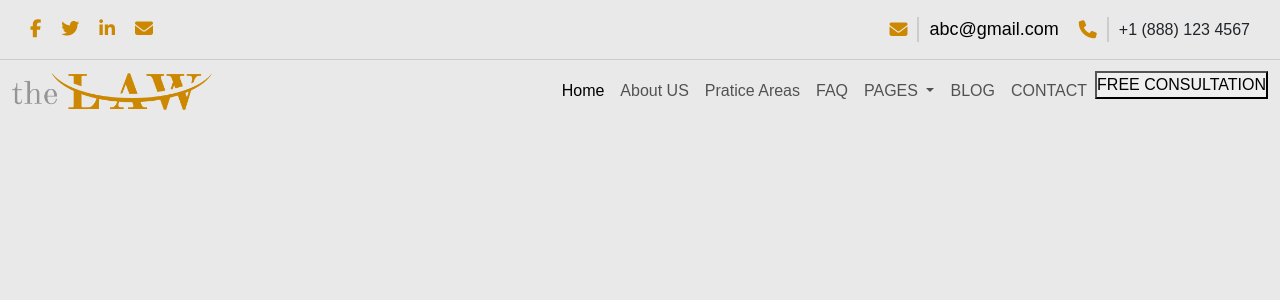
Repository: arehmanraza/lawyer_website
Page: Pages/index.html
The author's editor kept a copy of each file at every save. The page is drawn from the files as they stood at one save, then again after a run of saves.
The browser window is 1280 px wide. The pictures show the whole page.
Some web libraries are served in a nearby version.

Above is the page before, as saved 2024-05-22 01:48:23.

After the next 2 saves:
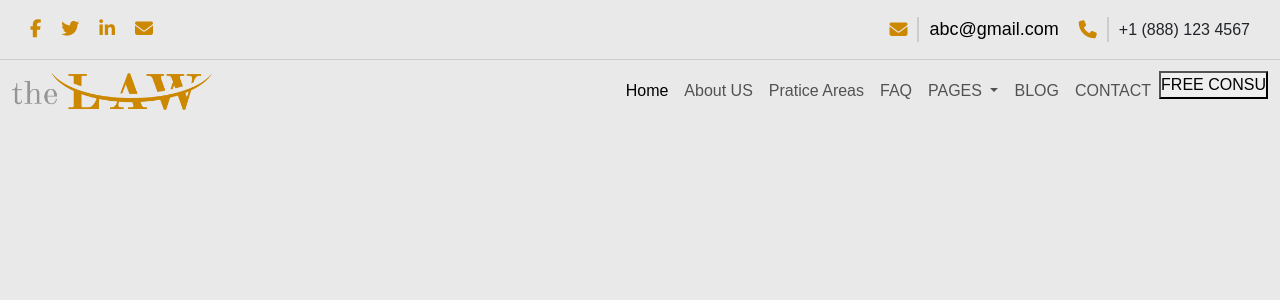
The 2 saves are shown as one change because they came seconds apart.
The last was saved 10 s later.
--- a/Pages/index.html
+++ b/Pages/index.html
@@ -115,7 +115,7 @@
                 <a class="nav-link" href="#">CONTACT</a>
               </li>
               <li class="nav-item">
-                <button>FREE CONSULTATION</button>
+                <button>FREE CONSU</button>
               </li>
             </ul>
 
